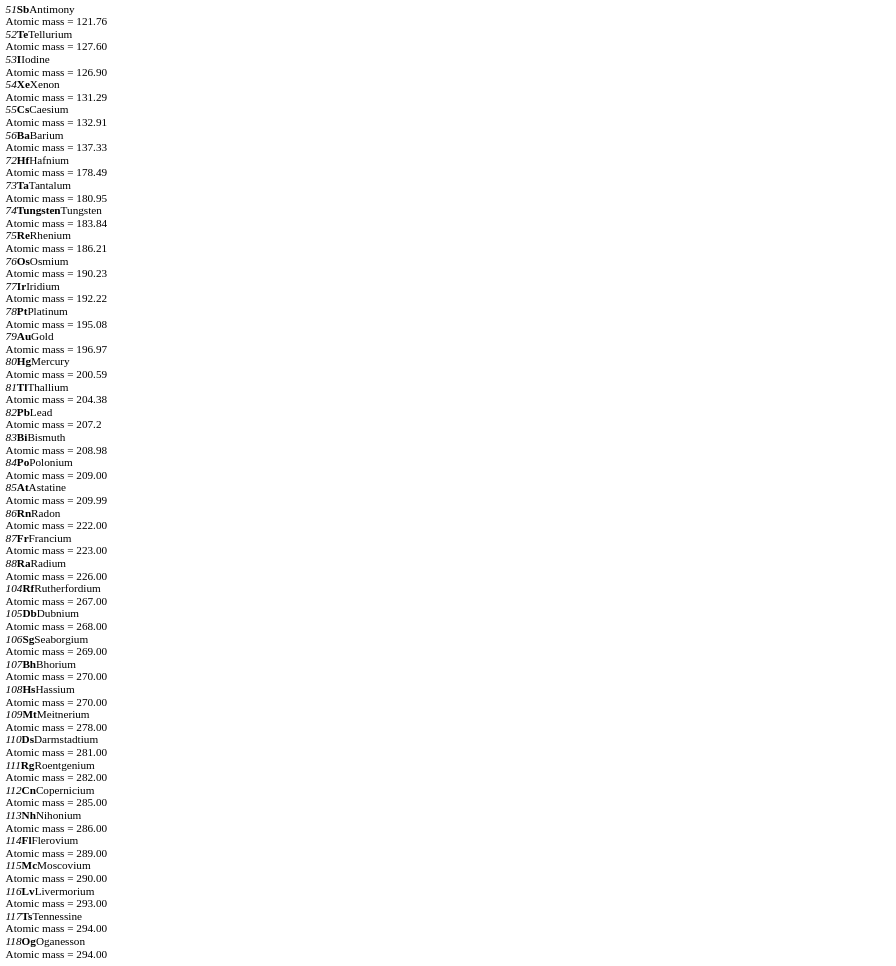
Repository: manayparikh1/Periodify
Page: index.html
An editor plug-in stored every save of this project. The page is shown before and after the next save, followed by the edit.
The browser window is 1280 px wide. The pictures show the part of the page from y = 2140 to 4060 px (the page is 3520 px tall before and 4060 px after), at 70% of full size.

Above is the page before, as saved 2026-10-16 21:19:57.

After the next save:
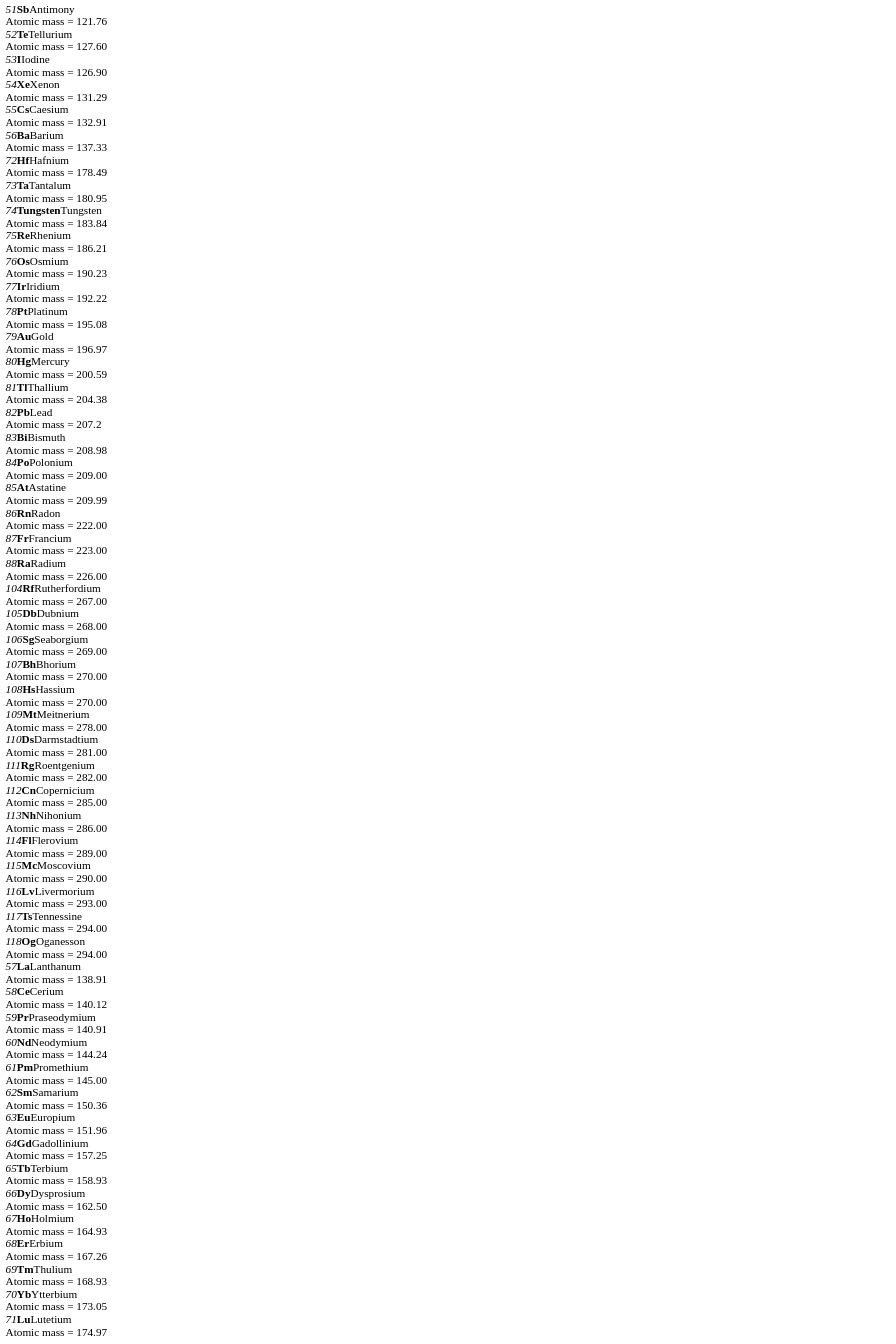
Saved 24 min 5 s later.
--- a/index.html
+++ b/index.html
@@ -135,4 +135,18 @@
             <div class="el hg" tabindex="0"><i>118</i><b>Og</b><span>Oganesson<br>Atomic mass = 294.00</span></div>
             <!-- the lanthanoids -->
             <div class="gap" style="--n:2"></div>
-            <div class="el la"
+            <div class="el la" tabindex="0"><i>57</i><b>La</b><span>Lanthanum<br>Atomic mass = 138.91</span></div>
+            <div class="el la" tabindex="0"><i>58</i><b>Ce</b><span>Cerium<br>Atomic mass = 140.12</span></div>
+            <div class="el la" tabindex="0"><i>59</i><b>Pr</b><span>Praseodymium<br>Atomic mass = 140.91</span></div>
+            <div class="el la" tabindex="0"><i>60</i><b>Nd</b><span>Neodymium<br>Atomic mass = 144.24</span></div>
+            <div class="el la" tabindex="0"><i>61</i><b>Pm</b><span>Promethium<br>Atomic mass = 145.00</span></div>
+            <div class="el la" tabindex="0"><i>62</i><b>Sm</b><span>Samarium<br>Atomic mass = 150.36</span></div>
+            <div class="el la" tabindex="0"><i>63</i><b>Eu</b><span>Europium<br>Atomic mass = 151.96</span></div>
+            <div class="el la" tabindex="0"><i>64</i><b>Gd</b><span>Gadollinium<br>Atomic mass = 157.25</span></div>
+            <div class="el la" tabindex="0"><i>65</i><b>Tb</b><span>Terbium<br>Atomic mass = 158.93</span></div>
+            <div class="el la" tabindex="0"><i>66</i><b>Dy</b><span>Dysprosium<br>Atomic mass = 162.50</span></div>
+            <div class="el la" tabindex="0"><i>67</i><b>Ho</b><span>Holmium<br>Atomic mass = 164.93</span></div>
+            <div class="el la" tabindex="0"><i>68</i><b>Er</b><span>Erbium<br>Atomic mass = 167.26</span></div>
+            <div class="el la" tabindex="0"><i>69</i><b>Tm</b><span>Thulium<br>Atomic mass = 168.93</span></div>
+            <div class="el la" tabindex="0"><i>70</i><b>Yb</b><span>Ytterbium<br>Atomic mass = 173.05</span></div>
+            <div class="el la" tabindex="0"><i>71</i><b>Lu</b><span>Lutetium<br>Atomic mass = 174.97</span></div>
